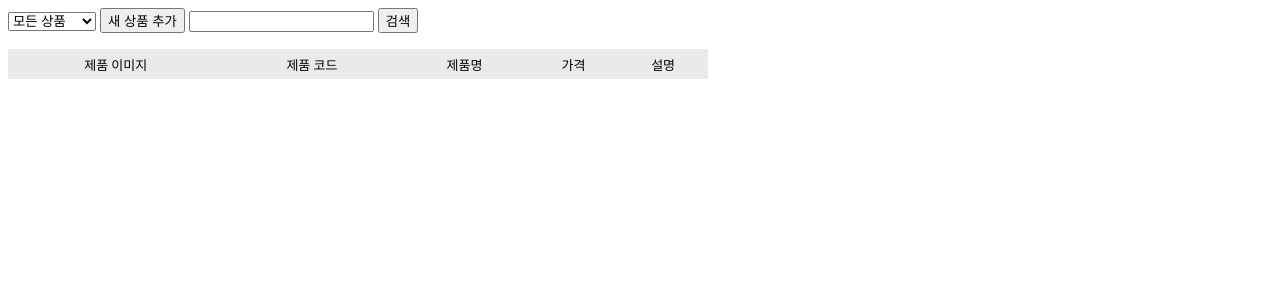
Repository: sjeong12/Photos
Page: http://localhost/LSJ_PHOTO/admin/productList.jsp
An editor plug-in stored every save of this project. The page is shown before and after the next save, followed by the edit.
The browser window is 1280 px wide. The pictures show the whole page.
The page is served by Tomcat 9. Queries for data that is not in the repository find no rows.

Above is the page before, as saved 2016-12-07 07:17:44.

After the next save:
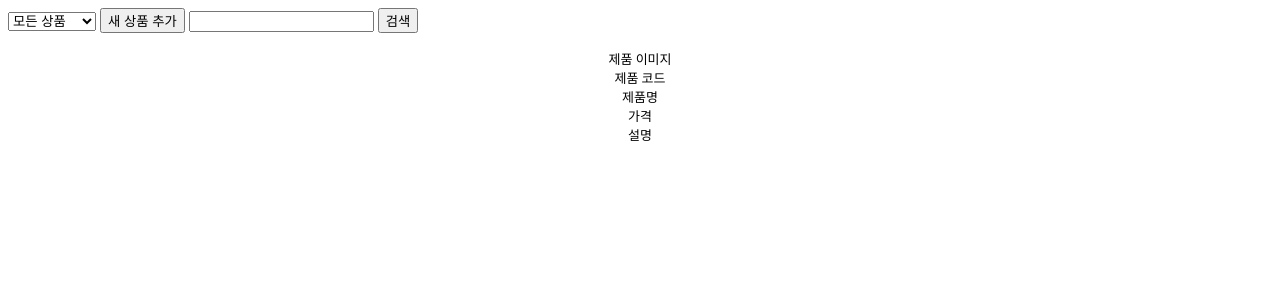
Saved 4 min 26 s later.
--- a/LSJ_PHOTO/WebContent/admin/productList.jsp
+++ b/LSJ_PHOTO/WebContent/admin/productList.jsp
@@ -8,12 +8,6 @@ function add_product()
 {
 	document.frm_s.action = "/LSJ_PHOTO/home.jsp?page=/admin/addProduct";
 	document.frm_s.submit();
-}
-
-function product_view(code)
-{
-	document.frm_list.action = "/LSJ_PHOTO/home.jsp?page=/admin/productView";
-	document.frm_list.submit();
 }
 </script>
 
@@ -74,8 +68,6 @@ function product_view(code)
 
 
 
-<FORM NAME = frm_list  ACTION="/LSJ_PHOTO/home.jsp?page=/admin/productView" METHOD=post>
-<TABLE border = "0" cellspacing = "0" cellpadding = "2" width = "700">
 
 <TR bgcolor = "EAEAEA" height="30">
 <TD><font size = 2><center>제품 이미지</center></font></TD>
@@ -152,20 +144,23 @@ else if (in_search_key.equals("3")){
 
    %>
       <TR onmouseover="this.style.backgroundColor='F6F6F6';"
-      onmouseout="this.style.backgroundColor='white'; "
-      onclick="product_view(<%= code%>);">  <TD>
-
+      onmouseout="this.style.backgroundColor='white'; ">  <TD>
+      <a href="/LSJ_PHOTO/home.jsp?page=/admin/productView&pcode=<%= code %>">
       <img src="/LSJ_PHOTO/productImage/<%= image %>" border="0" width="100" height="100"/>
-
+	  </a>
       </TD>
-               <TD><font size = 2> <%= code%> </font></TD>
-               <TD><font size = 2> <%= name%> </font></TD>
-               <TD><font size = 2> &nbsp;&nbsp;<%= price %>&nbsp;&nbsp; </font></TD>
-               <TD><font size = 2> <%= Info%> </font></TD> </TR>
+               <TD><a href="/LSJ_PHOTO/home.jsp?page=/admin/productView&pcode=<%= code %>">
+               <font size = 2> <%= code%> </font></a></TD>
+               <TD><a href="/LSJ_PHOTO/home.jsp?page=/admin/productView&pcode=<%= code %>">
+               <font size = 2> <%= name%> </font></a></TD>
+               <TD><a href="/LSJ_PHOTO/home.jsp?page=/admin/productView&pcode=<%= code %>">
+               <font size = 2> &nbsp;&nbsp;<%= price %>&nbsp;&nbsp; </font></a></TD>
+               <TD><a href="/LSJ_PHOTO/home.jsp?page=/admin/productView&pcode=<%= code %>">
+               <font size = 2> <%= Info%> </font></a></TD> </TR>
    <% } %>
 
 </TABLE>
-</FORM>
+
 <%
 int intTotPages= 0; // 총 페이지 수 계산
 int intR= totalRecords % pageSize;   // 6 % 3 = 0
